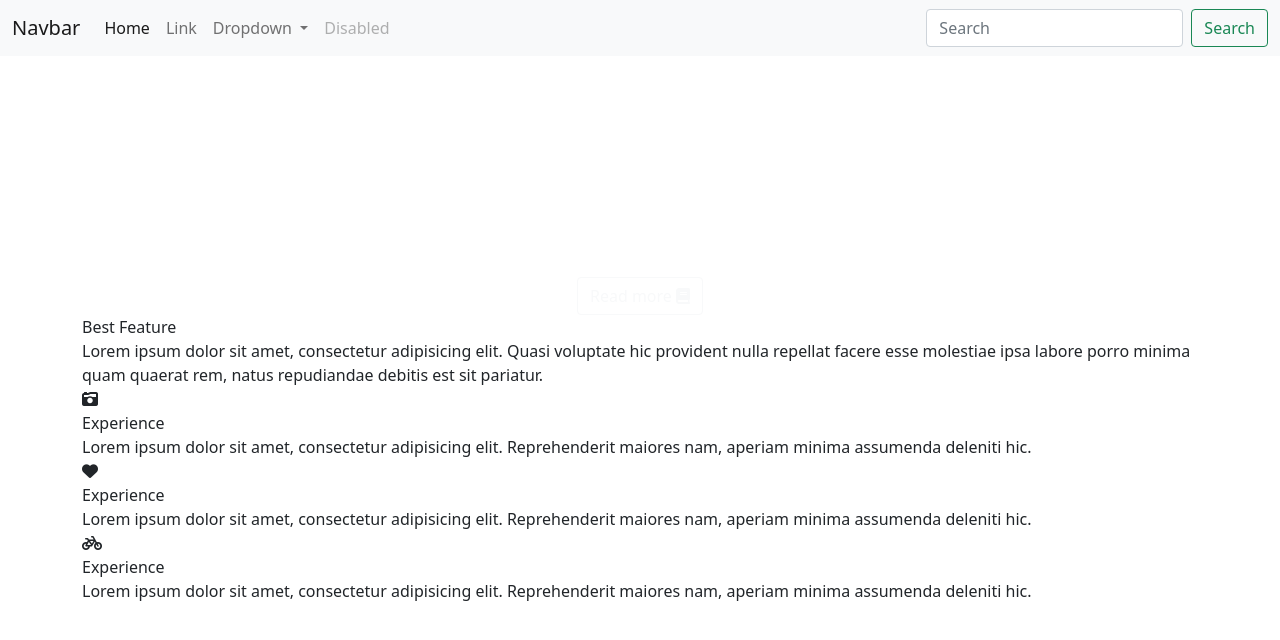
Repository: nptg3105/lab04-landing-page-boostrap5
Page: index.html
The author's editor kept a copy of each file at every save. The page is drawn from the files as they stood at one save, then again after the next save.
The browser window is 1280 px wide. The pictures show the whole page.

Above is the page before, as saved 2021-12-19 10:08:45.

After the next save:
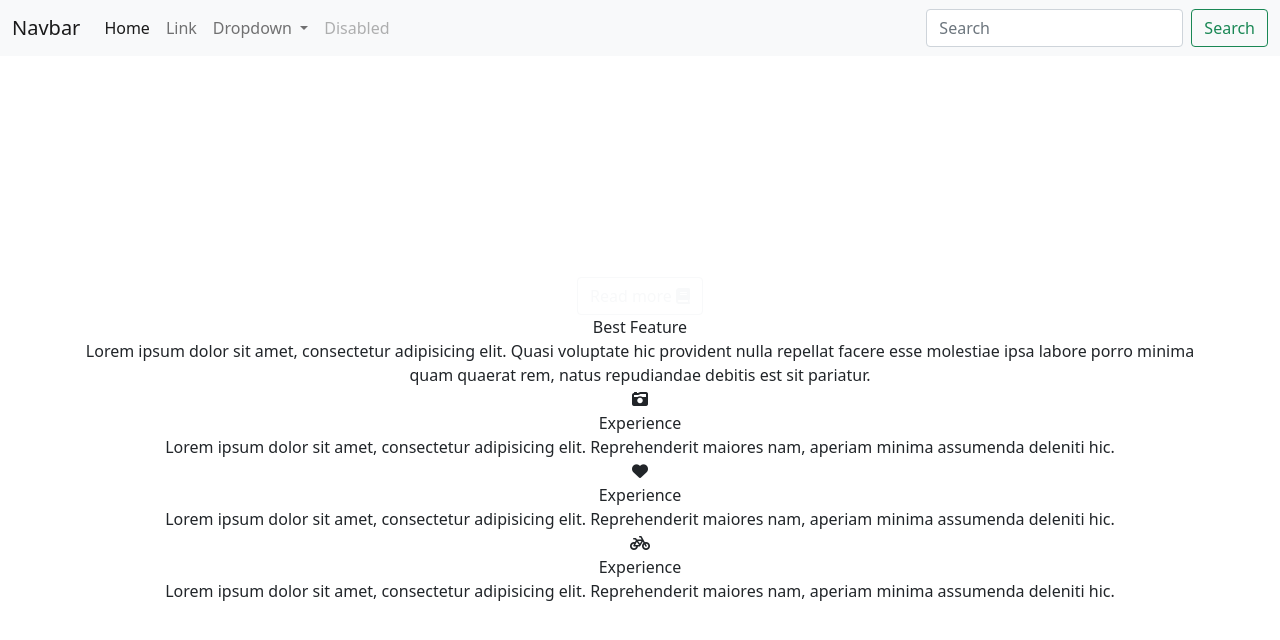
Saved 19 s later.
--- a/index.html
+++ b/index.html
@@ -87,7 +87,7 @@
          </div>
        </div>
       </div>
-      <div class="feature">
+      <div class="feature text-center">
         <div class="container">
           <div class="feature__heading">Best Feature</div>
           <div class="feature__detail">Lorem ipsum dolor sit amet, consectetur adipisicing elit. Quasi voluptate hic provident nulla repellat facere esse molestiae ipsa labore porro minima quam quaerat rem, natus repudiandae debitis est sit pariatur.</div>
